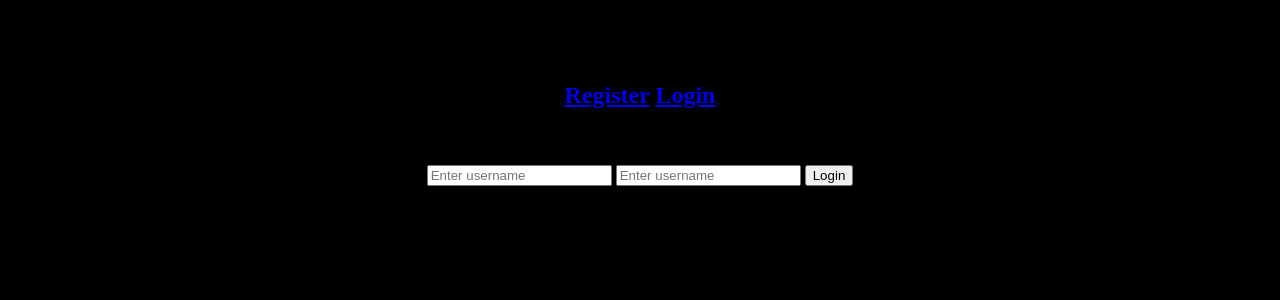
Repository: Alphavhiskey/Java
Page: eclipse-workspace/bookApplication/src/main/webapp/register.html
An editor plug-in stored every save of this project. The page is shown before and after the next save, followed by the edit.
The browser window is 1280 px wide. The pictures show the whole page.

Above is the page before, as saved 2023-01-19 18:33:30.

### eclipse-workspace/bookApplication/src/main/webapp/register.html
<!DOCTYPE html>
<html>
<head>
<meta charset="ISO-8859-1">
<title>Book Application</title>
</head>
<body bgcolor="black">
<br><br><br>
<h2 align="center">
<a href="register.html">Register</a>
<a href="login.html">Login</a></h2>
<br><br>
<form action="./insert" method="get" align="center">
<input type="text" name="username" placeholder="Enter username">
<input type="password" name="password" placeholder="Enter username">

<input type="submit" value="Login">
</form>
</body>
</html>

After the next save:
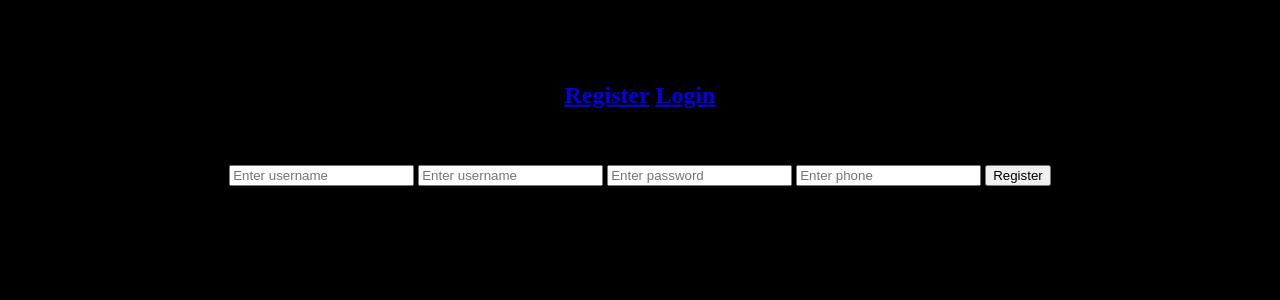
Saved 7 h 6 min later.
--- a/eclipse-workspace/bookApplication/src/main/webapp/register.html
+++ b/eclipse-workspace/bookApplication/src/main/webapp/register.html
@@ -13,8 +13,9 @@
 <form action="./insert" method="get" align="center">
 <input type="text" name="username" placeholder="Enter username">
 <input type="password" name="password" placeholder="Enter username">
-
-<input type="submit" value="Login">
+<input type="email" name="email" placeholder="Enter password">
+<input type="number" name="phone" placeholder="Enter phone">
+<input type="submit" value="Register">
 </form>
 </body>
 </html>
